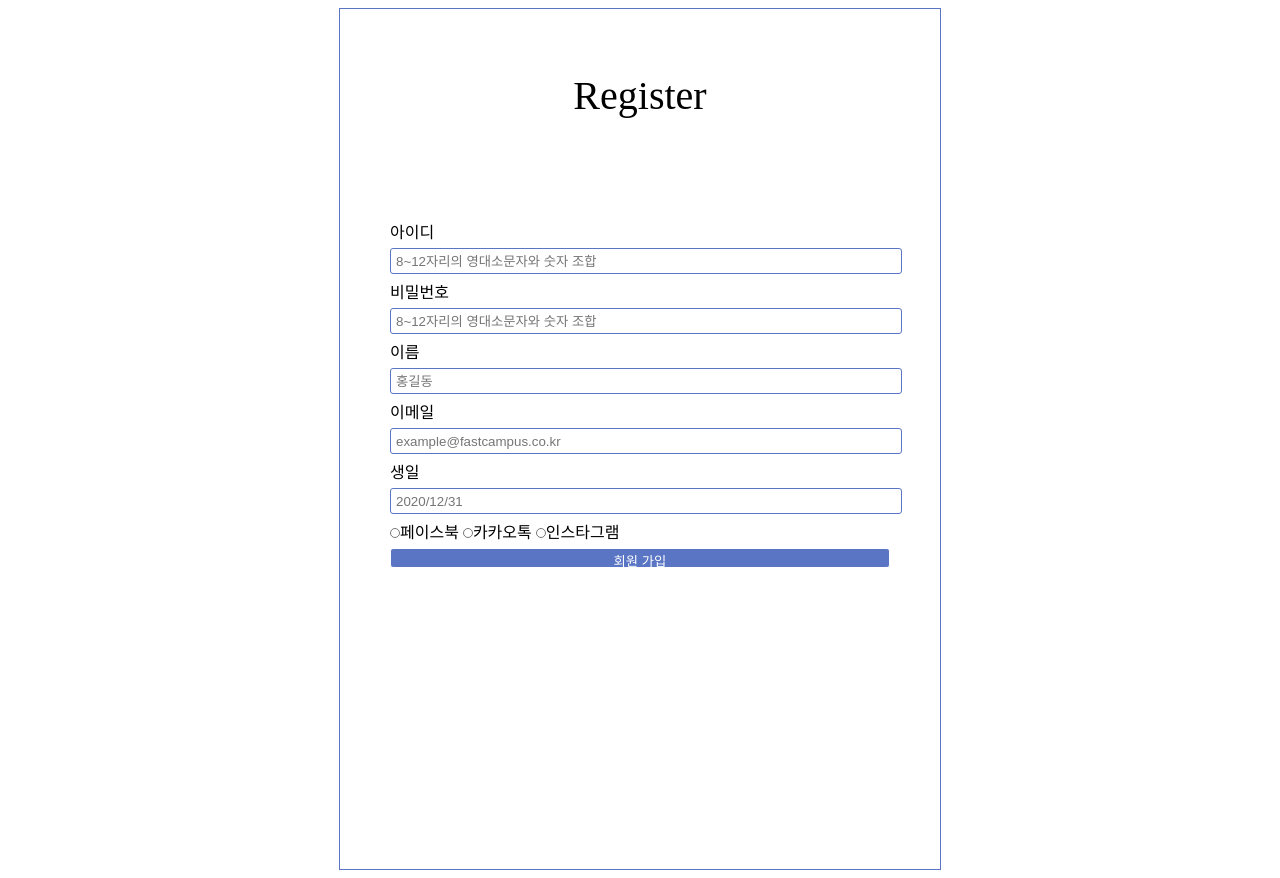
Repository: ksj2001/SpringBasic2024
Page: http://localhost/MVC_join/
These files come from the project's save history. The page is drawn as it stood at one moment and after the next save; the edit follows.
The browser window is 1280 px wide. The pictures show the whole page.
The page is served by Tomcat 9.

Above is the page before, as saved 2024-07-02 15:22:35.

After the next save:
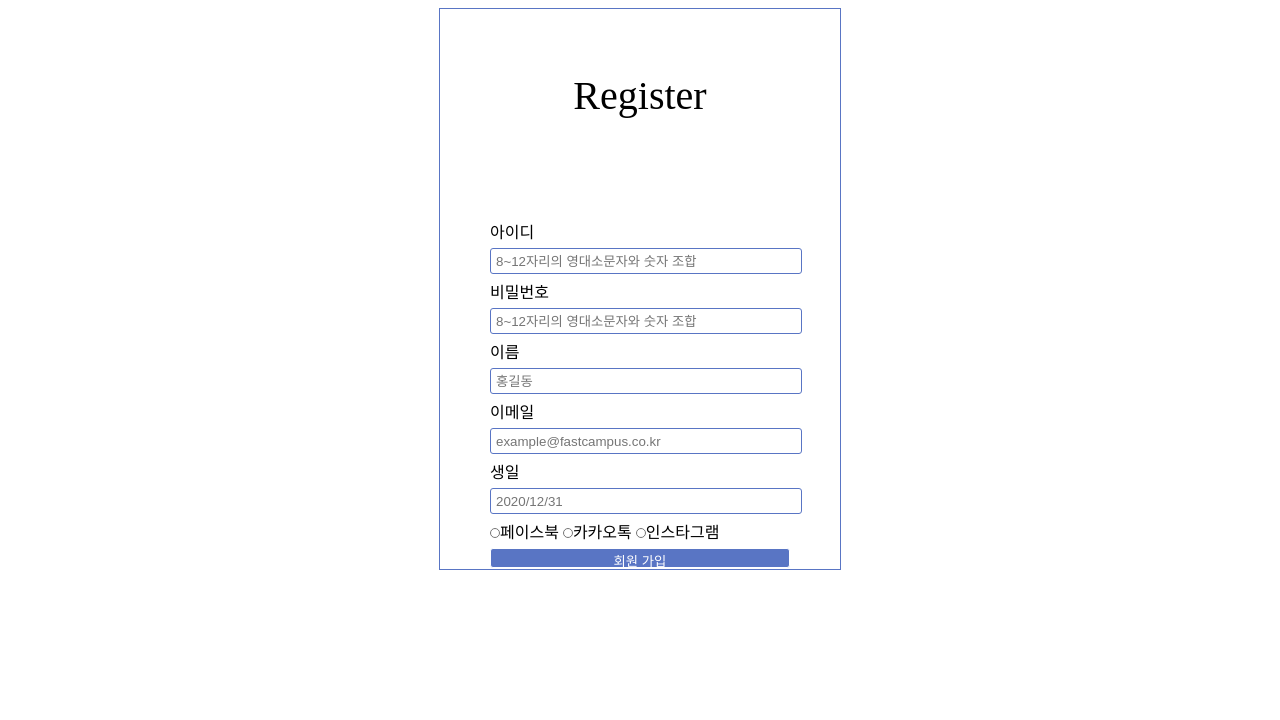
Saved 22 s later.
--- a/MVC_join/src/main/webapp/WEB-INF/views/index.jsp
+++ b/MVC_join/src/main/webapp/WEB-INF/views/index.jsp
@@ -12,8 +12,8 @@
 		align-items: center;
 	}
 	.registerBox{
-		width: 500px;
-		height: 800px;
+		width: 300px;
+		height: 500px;
 		border: 1px solid #5975C4;
 		padding: 30px 50px;
 	}
